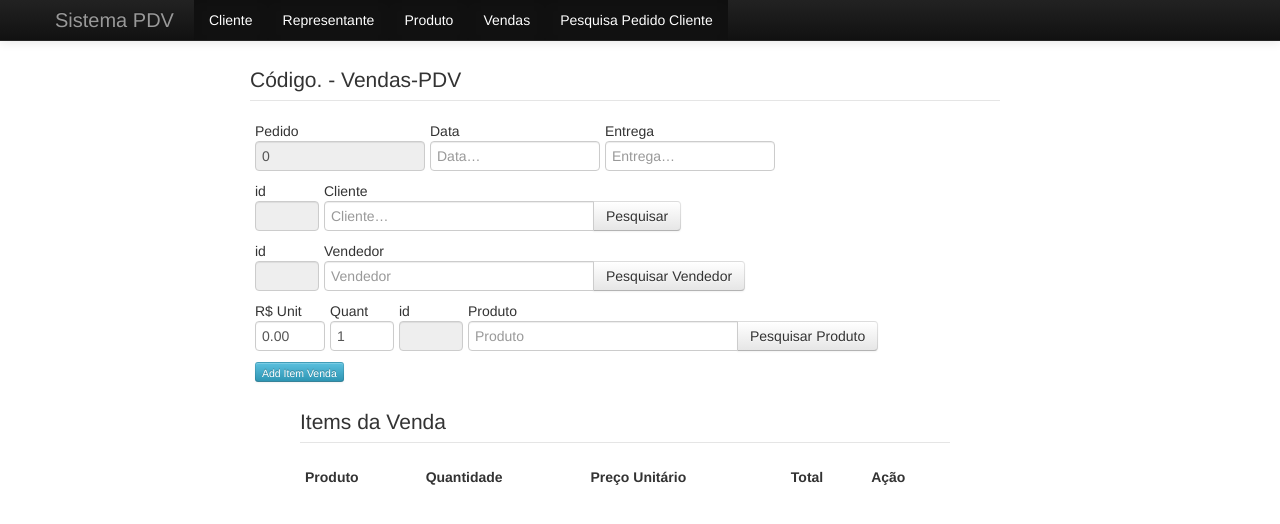
Repository: PauloCeami/Vendas-JSF-E-JAVAEE
Page: http://localhost/PDV/vw_Pedido.jsp
These files come from the project's save history. The page is drawn as it stood at one moment and after a run of saves; the edit follows.
The browser window is 1280 px wide. The pictures show the whole page.
The page is served by Tomcat 9.

Above is the page before, as saved 2013-05-26 16:22:08.

After the next 2 saves:
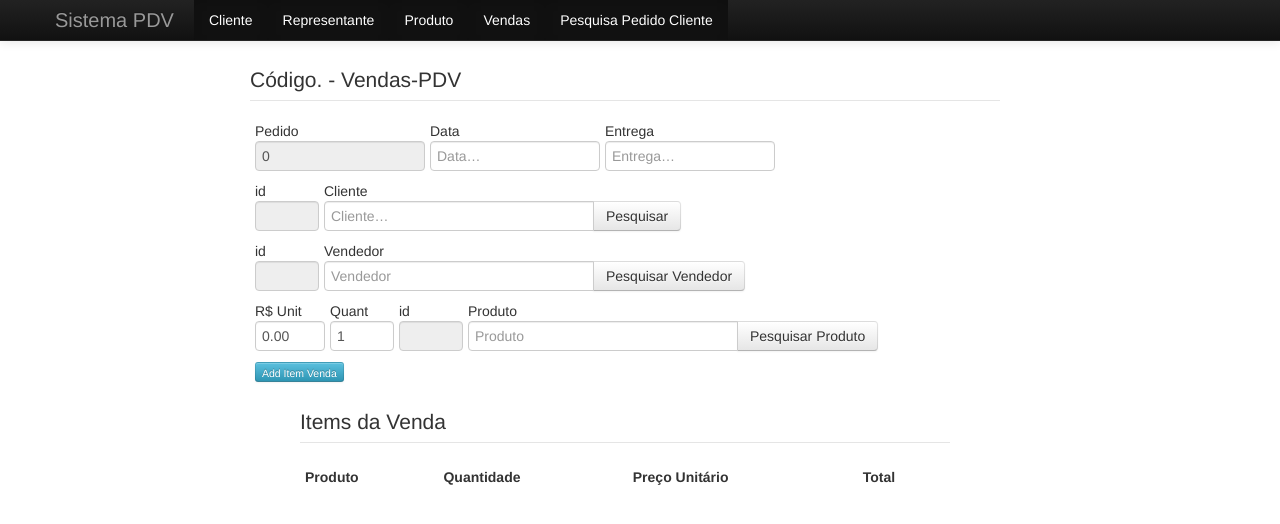
The 2 saves are shown as one change because they came seconds apart.
The last was saved 117 s later.
--- a/PDV/WebContent/vw_Pedido.jsp
+++ b/PDV/WebContent/vw_Pedido.jsp
@@ -210,7 +210,6 @@
                                 <th>Quantidade</th>
                                 <th>Preço Unitário</th>
                                 <th>Total</th>
-                                <th colspan="4">Ação</th>
                             </tr>
                         </thead>
                         <tbody>
